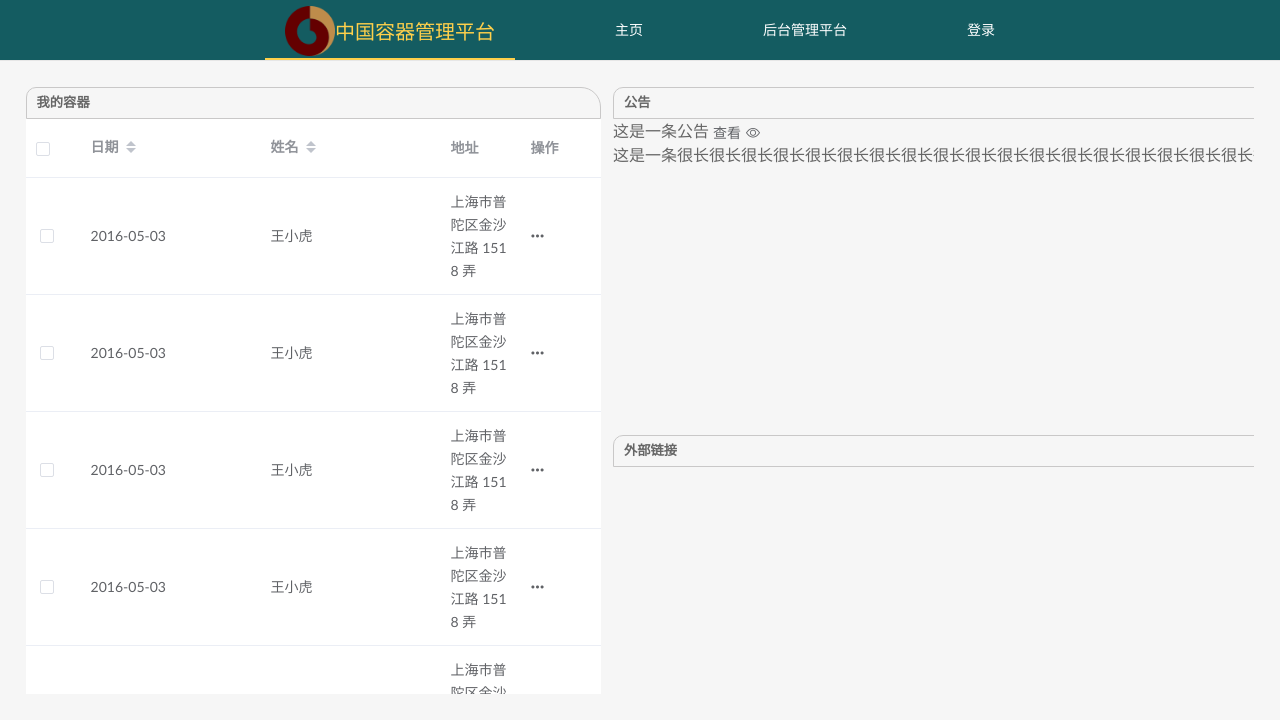
Repository: lei123zhou/zhongjin
Page: /main/home
These files come from the project's save history. The page is drawn as it stood at one moment and after the next save; the edit follows.
The browser window is 1280 px wide. The pictures show the whole page.
An inner scrolling area shows only its first screen. The project was rebuilt for these pictures with package versions that can differ from the ones it lists, and the page was loaded fresh each time. Also part of the build but not shown: vue.config.js.

Above is the page before, as saved 2022-08-29 20:21:48.

### src/main.js
import Vue from "vue";
import App from "./App.vue";

Vue.config.productionTip = false;
import "./plugins/element";

import "./main.less";
import router from "./route/index.js";
import store from "./store/index.js";
new Vue({
  router,
  store,
  render: (h) => h(App),
}).$mount("#app");

### src/App.vue
<template>
  <div id="app">
    <router-view></router-view>
  </div>
</template>

<script>
export default {
};
</script>

<style>
#app{
  height: 100%;
  overflow: hidden;

}
</style>>

### src/plugins/element.js
import Vue from "vue";
import {
  Button,
  Form,
  Input,
  Icon,
  FormItem,
  Loading,
  Card,
  Menu,
  MenuItem,
  Submenu,
  Table,
  TableColumn,
  Dropdown,
  DropdownMenu,
  DropdownItem,
  Tooltip,
  Popover,
  Pagination,
  Link,
  Dialog,
} from "element-ui";
import "element-ui/lib/theme-chalk/index.css";
Vue.use(Button);
Vue.use(Form);
Vue.use(Input);
Vue.use(Icon);
Vue.use(FormItem);
Vue.use(Card);
Vue.use(Menu);
Vue.use(MenuItem);
Vue.use(Submenu);
Vue.use(Table);
Vue.use(TableColumn);
Vue.use(Dropdown);
Vue.use(DropdownMenu);
Vue.use(DropdownItem);
Vue.use(Tooltip);
Vue.use(Popover);
Vue.use(Pagination);
Vue.use(Link);
Vue.use(Dialog);
Vue.use(Loading);

### src/main.less
@media (min-width:0px){
    html{font-size:12px;}
}
@media (min-width: 320px){
    html{font-size:12px;}
}
@media (min-width: 340px){
    html{font-size:13px;}
}
@media (min-width: 360px){
    html{font-size:14px;}
}
@media (min-width: 380px){
    html{font-size:15px;}
}
@media (min-width: 400px){
    html{font-size:15px;}
}
@media (min-width: 420px){
    html{font-size:16px;}
}
*{
    margin: 0;
    padding: 0;
}
ul,ol,li,dl{
    list-style-type: none;
}
a{
    text-decoration: none;
}
html,body{
    height: 100%;

    overflow: hidden;

}
body{
    font-family: 'Trebuchet MS', 'Lucida Sans Unicode', 'Lucida Grande', 'Lucida Sans', Arial, sans-serif;
    color: #666;
    line-height: 1.5;
}
.bottom-border,
.top-border {
  position: relative;
}

.bottom-border::after,
.top-border::before {
  content: '';
  position: absolute;
  left: 0;
  right: 0;
  height: 1px;
  background-color:#d43c33;
  transform: scaleY(0.5);
}

.top-border::before {
  top: 0;
}

.bottom-border::after {
  bottom: 0;
}

### src/route/index.js
import Vue from "vue";
import VueRouter from "vue-router";
Vue.use(VueRouter);
const originPush = VueRouter.prototype.push;
VueRouter.prototype.push = function push(location) {
  return originPush.call(this, location).catch((err) => err);
};
const routes = [
  { path: "/", redirect: "/login" },
  { path: "/login", name: 'login', component: () => import('../pages/login/LoginPage.vue') },
  {
    path: "/main", name: 'main', component: () => import('../pages/main/MainPage.vue'), children: [
      { path: "", redirect: "/main/home" },
      {
        path: "home",
        name: "home",
        component: () => import("../pages/home/HomePage.vue"),
      },
    ]
  }
];
const router = new VueRouter({
  routes,
  mode: 'history'
})
export default router;

### src/store/index.js
import Vue from 'vue';
import Vuex from 'vuex';
Vue.use(Vuex);
export default new Vuex.Store({
    state:{},
    getters:{},
    mutations:{}
})

### src/pages/main/MainPage.vue
<template>
  <div class="main">
    <div class="heard">
      <el-menu
        :default-active="activeIndex2"
        class="el-menu-demo"
        mode="horizontal"
        @select="handleSelect"
        background-color="#145c61"
        text-color="#fff"
        active-text-color="#ffd04b"
      >
        <el-menu-item index="1">
          <template slot="title">
            <img src="../../assets/u2.png" alt="" id="logo" />
            <span class="login-title">中国容器管理平台</span>
          </template></el-menu-item
        >
        <el-menu-item index="2">主页</el-menu-item>
        <el-menu-item index="3" @click="toManagement"
          >后台管理平台</el-menu-item
        >
        <el-menu-item index="null">登录</el-menu-item>
      </el-menu>
    </div>
    <router-view></router-view>
  </div>
</template>

<script>
export default {
  data() {
    return {
      activeIndex: "1",
      activeIndex2: "1",
    };
  },
  methods: {
    handleSelect(key, keyPath) {
      console.log(key, keyPath);
    },
    toManagement() {
      this.$router.push("/management");
    },
  },
};
</script>
<style lang="less" scoped>
.main {
  display: flex;
  flex-direction: column;
  justify-content: start;
  background-color: #f6f6f6;
  height: 100%;
  .heard {
    width: 100%;
    background-color: "#145c61";
  }
}
.login-title {
  font-size: 20px;
  line-height: 61px;
}
.clearfix {
  display: flex;
  align-content: center;
  justify-content: space-around;
}
#logo {
  width: 50px;
}
/deep/.el-menu.el-menu--horizontal {
  display: flex;
  justify-content: center;
  li {
    margin: 0 40px;
    padding: 0 20px;
  }
}
</style>

### src/pages/home/HomePage.vue
<template>
  <div class="home">
    <div class="left">
      <h5 class="title">我的容器</h5>
      <el-table
        ref="multipleTable"
        :data="tableData"
        tooltip-effect="dark"
        style="width: 100%"
        @selection-change="handleSelectionChange"
      >
        <el-table-column type="selection" width="55"> </el-table-column>
        <el-table-column prop="date" label="日期" sortable width="180">
        </el-table-column>
        <el-table-column prop="name" label="姓名" sortable width="180">
        </el-table-column>
        <el-table-column prop="address" label="地址" :formatter="formatter">
        </el-table-column>
        <el-table-column label="操作">
          <el-popover placement="right" width="40" trigger="hover">
            <template slot-scope="scope">
              <el-button
                size="mini"
                @click="handleEdit(scope.$index, scope.row)"
                >编辑</el-button
              >
              <el-button
                size="mini"
                type="danger"
                @click="handleDelete(scope.$index, scope.row)"
                >删除</el-button
              >
            </template>
            <i slot="reference" class="el-icon-more"></i>
          </el-popover>
        </el-table-column>
      </el-table>
      <el-pagination background layout="prev, pager, next" :total="1000">
      </el-pagination>
      <div style="margin-top: 20px" v-if="allDel">
        <el-button @click="toggleSelection([tableData[1], tableData[2]])"
          >全部删除</el-button
        >
        <el-button @click="toggleSelection()">取消选择</el-button>
      </div>
    </div>
    <div class="right">
      <div class="right-top">
        <h5 class="title">公告</h5>
        <div class="contaion">
          <div>
            <span
              >这是一条公告
              <el-link @click="showDetail"
                >查看<i class="el-icon-view el-icon--right"></i> </el-link
            ></span>
            <diglog ref="show" :announcement="announcement"></diglog>
          </div>
          <div>
            <span
              >这是一条很长很长很长很长很长很长很长很长很长很长很长很长很长很长很长很长很长很长很长很长很长很长很长很长很长很长很长很长很长很长很长很长很长很长很长很长很长很长很长很长很长很长很长很长很长很长的公告
              <el-link @click="showDetail"
                >查看<i class="el-icon-view el-icon--right"></i> </el-link
            ></span>
            <diglog ref="show" :announcement="announcement"></diglog>
          </div>
        </div>
      </div>
      <div class="right-down"><h5 class="title">外部链接</h5></div>
    </div>
  </div>
</template>

<script>
import diglog from "./compontents/DiglogCom.vue";
export default {
  components: {
    diglog,
  },
  data() {
    return {
      allDel: false,
      dialogVisible: false,
      announcement: "",
      tableData: [
        {
          date: "2016-05-03",
          name: "王小虎",
          address: "上海市普陀区金沙江路 1518 弄",
        },
        {
          date: "2016-05-03",
          name: "王小虎",
          address: "上海市普陀区金沙江路 1518 弄",
        },
        {
          date: "2016-05-03",
          name: "王小虎",
          address: "上海市普陀区金沙江路 1518 弄",
        },
        {
          date: "2016-05-03",
          name: "王小虎",
          address: "上海市普陀区金沙江路 1518 弄",
        },
        {
          date: "2016-05-03",
          name: "王小虎",
          address: "上海市普陀区金沙江路 1518 弄",
        },
        {
          date: "2016-05-03",
          name: "王小虎",
          address: "上海市普陀区金沙江路 1518 弄",
        },
        {
          date: "2016-05-03",
          name: "王小虎",
          address: "上海市普陀区金沙江路 1518 弄",
        },
        {
          date: "2016-05-03",
          name: "王小虎",
          address: "上海市普陀区金沙江路 1518 弄",
        },
        {
          date: "2016-05-03",
          name: "王小虎",
          address: "上海市普陀区金沙江路 1518 弄",
        },
        {
          date: "2016-05-02",
          name: "王小虎",
          address: "上海市普陀区金沙江路 1518 弄",
        },
        {
          date: "2016-05-04",
          name: "王小虎",
          address: "上海市普陀区金沙江路 1518 弄",
        },
        {
          date: "2016-05-01",
          name: "王小虎",
          address: "上海市普陀区金沙江路 1518 弄",
        },
      ],
      multipleSelection: [],
    };
  },

  methods: {
    toggleSelection(rows) {
      if (rows) {
        rows.forEach((row) => {
          this.$refs.multipleTable.toggleRowSelection(row);
        });
      } else {
        this.$refs.multipleTable.clearSelection();
      }
    },
    handleSelectionChange(val) {
      this.multipleSelection = val;
      this.allDel = !this.allDel;
    },
    // 编辑删除
    handleEdit(index, row) {
      console.log(index, row);
    },
    handleDelete(index, row) {
      console.log(index, row);
    },

    formatter(row) {
      return row.address;
    },
    showDetail() {
      this.$refs.show.showDig();
    },
  },
};
</script>

<style lang="less" scoped>
.home {
  display: flex;
  margin: 2vw;
  height: 100%;
  overflow-x: hidden;
  overflow-y: auto;
  h5 {
    padding: 5px 10px;
    border: 1px solid rgb(201, 200, 200);
    border-top-right-radius: 20px;
    border-top-left-radius: 10px;
  }
}
.left {
  width: 55%;
  margin-right: 1%;
  .el-pagination {
    margin-top: 20px;
    display: flex;
    justify-content: flex-end;
  }
}
.right {
  flex: 1;
  display: flex;
  flex-direction: column;
  .right-top {
    display: flex;
    flex-direction: column;
    margin-bottom: 1%;
  }
}
.contaion {
  height: 300px;
  span {
    display: block;
    width: 80%;
    white-space: nowrap;
    /* 强制性的在一行显示所有的文本，直到文本结束或者遭遇br标签对象才换行*/
    overflow: hidden;
    /* 溢出的文字隐藏起来*/
    text-overflow: ellipsis;
    /*溢出的文字使用圆点显示*/
  }
}
</style>

### src/pages/home/compontents/DiglogCom.vue
<template>
  <div>
    <el-dialog
      title="提示"
      :visible.sync="dialogVisible"
      width="30%"
      :before-close="handleClose"
    >
      <span>这是一段信息</span>
      <span slot="footer" class="dialog-footer">
        <el-button type="primary" @click="dialogVisible = false"
          >已阅读</el-button
        >
      </span>
    </el-dialog>
  </div>
</template>

<script>
export default {
  props: ["announcement"],
  data() {
    return {
      dialogVisible: false,
    };
  },
  methods: {
    handleClose(done) {
      this.$confirm("确认关闭？").then(() => {
        done();
      });
    },
    showDig() {
      this.dialogVisible = true;
    },
  },
};
</script>

<style></style>

Loaded but not shown: public/index.html (common file)

After the next save:
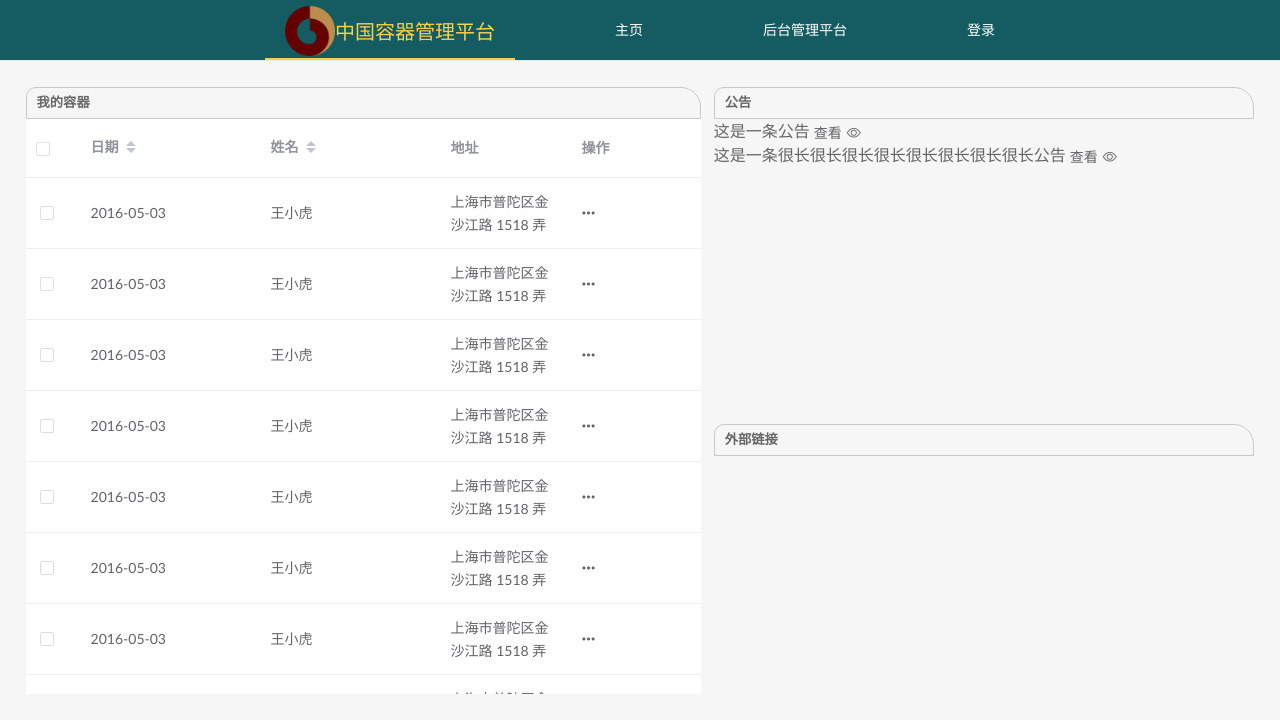
Saved 23 s later.
--- a/src/pages/home/HomePage.vue
+++ b/src/pages/home/HomePage.vue
@@ -58,7 +58,7 @@
           </div>
           <div>
             <span
-              >这是一条很长很长很长很长很长很长很长很长很长很长很长很长很长很长很长很长很长很长很长很长很长很长很长很长很长很长很长很长很长很长很长很长很长很长很长很长很长很长很长很长很长很长很长很长很长很长的公告
+              >这是一条很长很长很长很长很长很长很长很长公告
               <el-link @click="showDetail"
                 >查看<i class="el-icon-view el-icon--right"></i> </el-link
             ></span>
